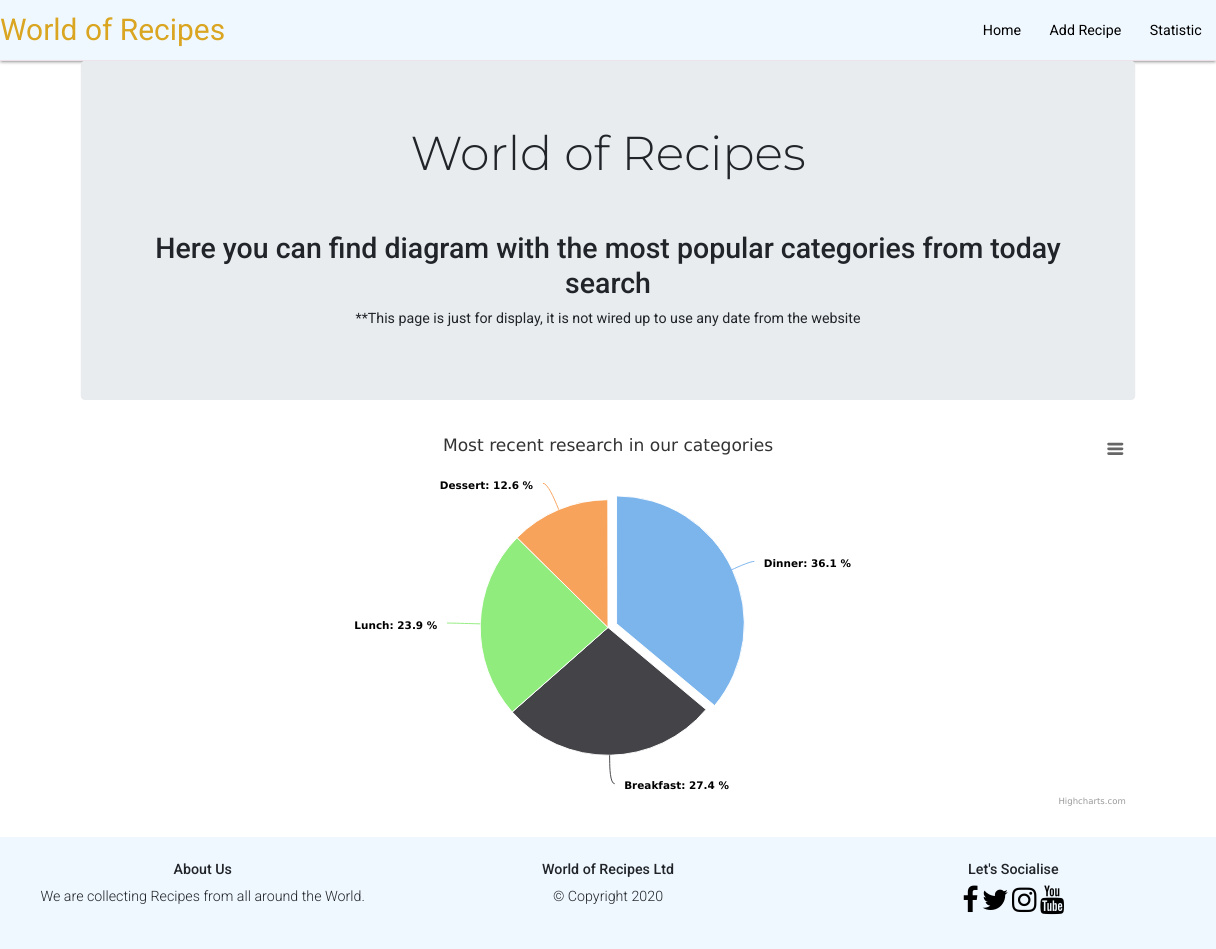
Repository: MarzDell/worldofrecipes
Page: http://localhost/stat
The author's editor kept a record of every edit. The page is drawn from the files as they stood at one moment, then again after the next edit.
The browser window is 1280 px wide. The pictures show the whole page, at 95% of full size.
Some web libraries are served in a nearby version. The page is served by the project's application, run on Flask 3 (app.py).

Above is the page before.

After the next edit:
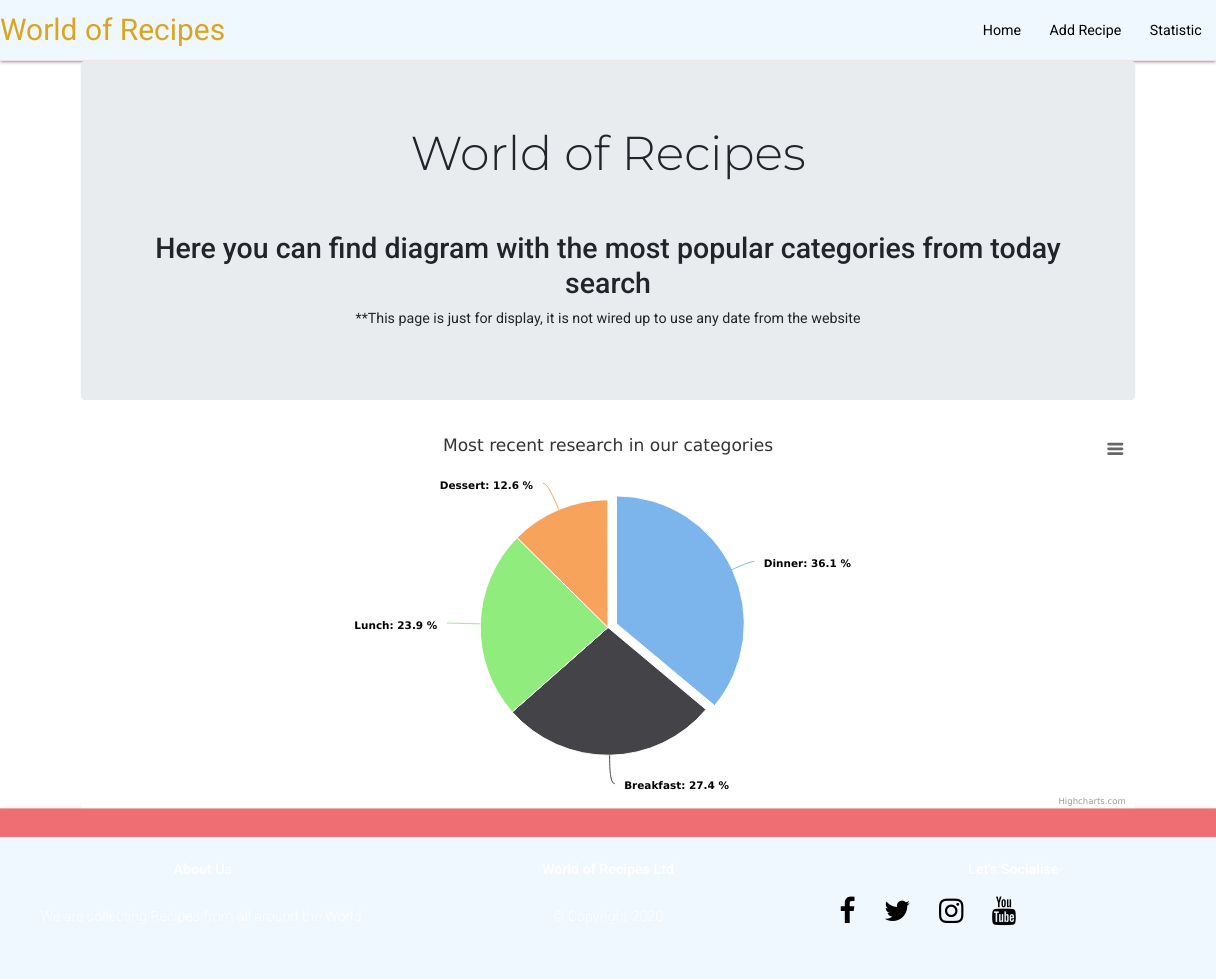
The edit:
--- a/templates/base.html
+++ b/templates/base.html
@@ -29,6 +29,7 @@
             {% block content %}
             {% endblock %}
     </div>
+    <nav>
     <footer class="container-fluid ">
             <div class="row ">
                 <div class="col-sm-4 ">

After the 2 edits that followed:
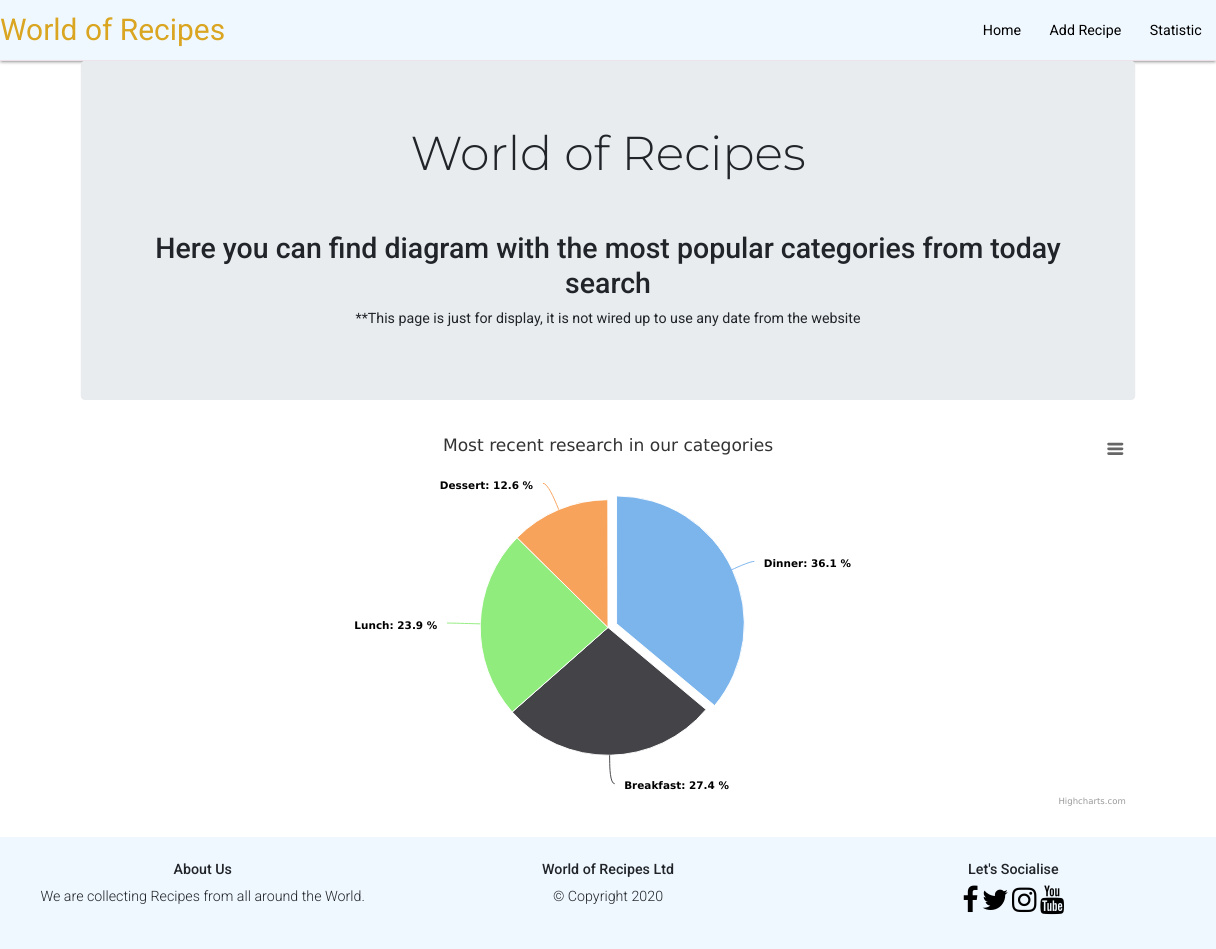
The 2 edits are shown as one change because 1 left the picture as it was.
The edit:
--- a/templates/base.html
+++ b/templates/base.html
@@ -29,7 +29,7 @@
             {% block content %}
             {% endblock %}
     </div>
-    <nav>
+
     <footer class="container-fluid ">
             <div class="row ">
                 <div class="col-sm-4 ">
